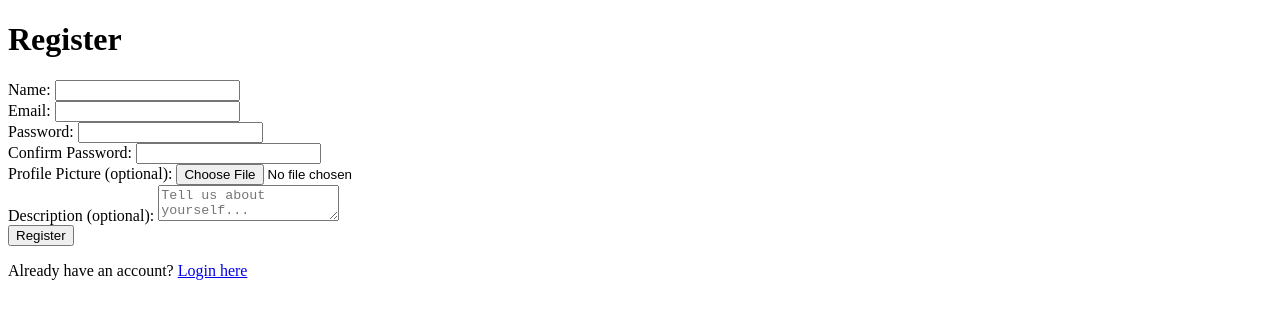
Repository: daffa-alif/team-kobar
Page: http://localhost/register
These files come from the project's save history. The page is drawn as it stood at one moment and after the next save; the edit follows.
The browser window is 1280 px wide. The pictures show the whole page.
The page is served by the project's Laravel application, run on PHP 8.4 with Laravel 12. Other server files are loaded and not shown.

Above is the page before, as saved 2024-11-04 20:07:36.

### routes/web.php
<?php

use Illuminate\Support\Facades\Route;
use Illuminate\Http\Request;
use Illuminate\Support\Facades\Auth;
use Illuminate\Support\Facades\Hash;
use Illuminate\Validation\ValidationException;
use App\Models\User;

// Root route: Redirects to login if not authenticated, otherwise goes to welcome
Route::get('/', function () {
    return Auth::check() ? redirect('/welcome') : redirect()->route('login');
});

// Show the login form
Route::get('/login', function () {
    return view('auth.login');
})->name('login');

// Handle the login process
Route::post('/login', function (Request $request) {
    $request->validate([
        'email' => 'required|email',
        'password' => 'required',
    ]);

    if (Auth::attempt($request->only('email', 'password'))) {
        return redirect()->intended('/welcome');
    }

    throw ValidationException::withMessages([
        'email' => ['The provided credentials are incorrect.'],
    ]);
});

// Show the registration form
Route::get('/register', function () {
    return view('auth.register');
})->name('register');

// Handle the registration process
Route::post('/register', function (Request $request) {
    $request->validate([
        'name' => 'required|string|max:255',
        'email' => 'required|string|email|max:255|unique:users',
        'password' => 'required|string|min:8|confirmed',
        'profile_picture' => 'nullable|image|mimes:jpg,png,jpeg,gif,svg|max:2048',
        'description' => 'nullable|string|max:500',
    ]);

    // Prepare user data
    $userData = $request->only('name', 'email', 'description');
    $userData['password'] = Hash::make($request->password);

    // Handle profile picture upload if available
    if ($request->hasFile('profile_picture')) {
        $userData['profile_picture'] = $request->file('profile_picture')->store('profile_pictures', 'public');
    }

    // Create and log in the user
    $user = User::create($userData);
    Auth::login($user);

    return redirect('/welcome');
});

// Handle the logout process
Route::post('/logout', function (Request $request) {
    Auth::logout();
    return redirect('/login');
})->name('logout');

// Protected route for welcome page, requires authentication
Route::get('/welcome', function () {
    return view('welcome');
})->middleware('auth');

// Show the profile edit form
Route::get('/profile/edit', function () {
    return view('auth.edit'); // Ensure you have a view named 'auth.edit'
})->middleware('auth')->name('profile.edit');

// Handle the profile update process
Route::put('/profile/update', function (Request $request) {
    $request->validate([
        'profile_picture' => 'nullable|image|mimes:jpg,png,jpeg,gif,svg|max:2048',
        'description' => 'nullable|string|max:500',
    ]);

    $user = Auth::user();

    // Update the profile picture if provided
    if ($request->hasFile('profile_picture')) {
        $user->profile_picture = $request->file('profile_picture')->store('profile_pictures', 'public');
    }

    // Update description
    $user->description = $request->description;
    $user->save();

    return redirect('/welcome')->with('success', 'Profile updated successfully!');
})->middleware('auth')->name('profile.update');

### resources/views/Auth/register.blade.php
<!DOCTYPE html>
<html>
<head>
    <title>Register</title>
</head>
<body>
    <h1>Register</h1>
    <form action="{{ route('register') }}" method="POST" enctype="multipart/form-data">
        @csrf
        <div>
            <label>Name:</label>
            <input type="text" name="name" required>
        </div>
        <div>
            <label>Email:</label>
            <input type="email" name="email" required>
        </div>
        <div>
            <label>Password:</label>
            <input type="password" name="password" required>
        </div>
        <div>
            <label>Confirm Password:</label>
            <input type="password" name="password_confirmation" required>
        </div>
        <div>
            <label>Profile Picture (optional):</label>
            <input type="file" name="profile_picture" accept="image/*">
        </div>
        <div>
            <label>Description (optional):</label>
            <textarea name="description" placeholder="Tell us about yourself..."></textarea>
        </div>
        <button type="submit">Register</button>
    </form>
    <p>Already have an account? <a href="{{ route('login') }}">Login here</a></p>
</body>
</html>

After the next save:
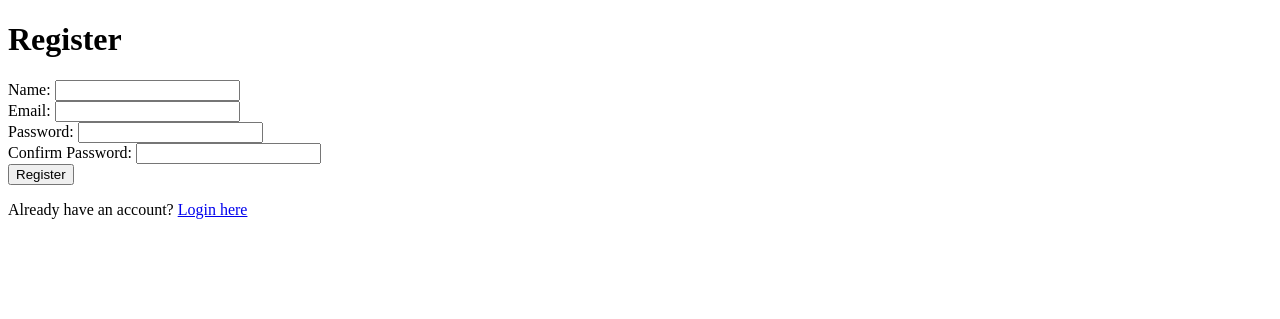
Saved 85 s later.
--- a/resources/views/Auth/register.blade.php
+++ b/resources/views/Auth/register.blade.php
@@ -23,14 +23,6 @@
             <label>Confirm Password:</label>
             <input type="password" name="password_confirmation" required>
         </div>
-        <div>
-            <label>Profile Picture (optional):</label>
-            <input type="file" name="profile_picture" accept="image/*">
-        </div>
-        <div>
-            <label>Description (optional):</label>
-            <textarea name="description" placeholder="Tell us about yourself..."></textarea>
-        </div>
         <button type="submit">Register</button>
     </form>
     <p>Already have an account? <a href="{{ route('login') }}">Login here</a></p>
